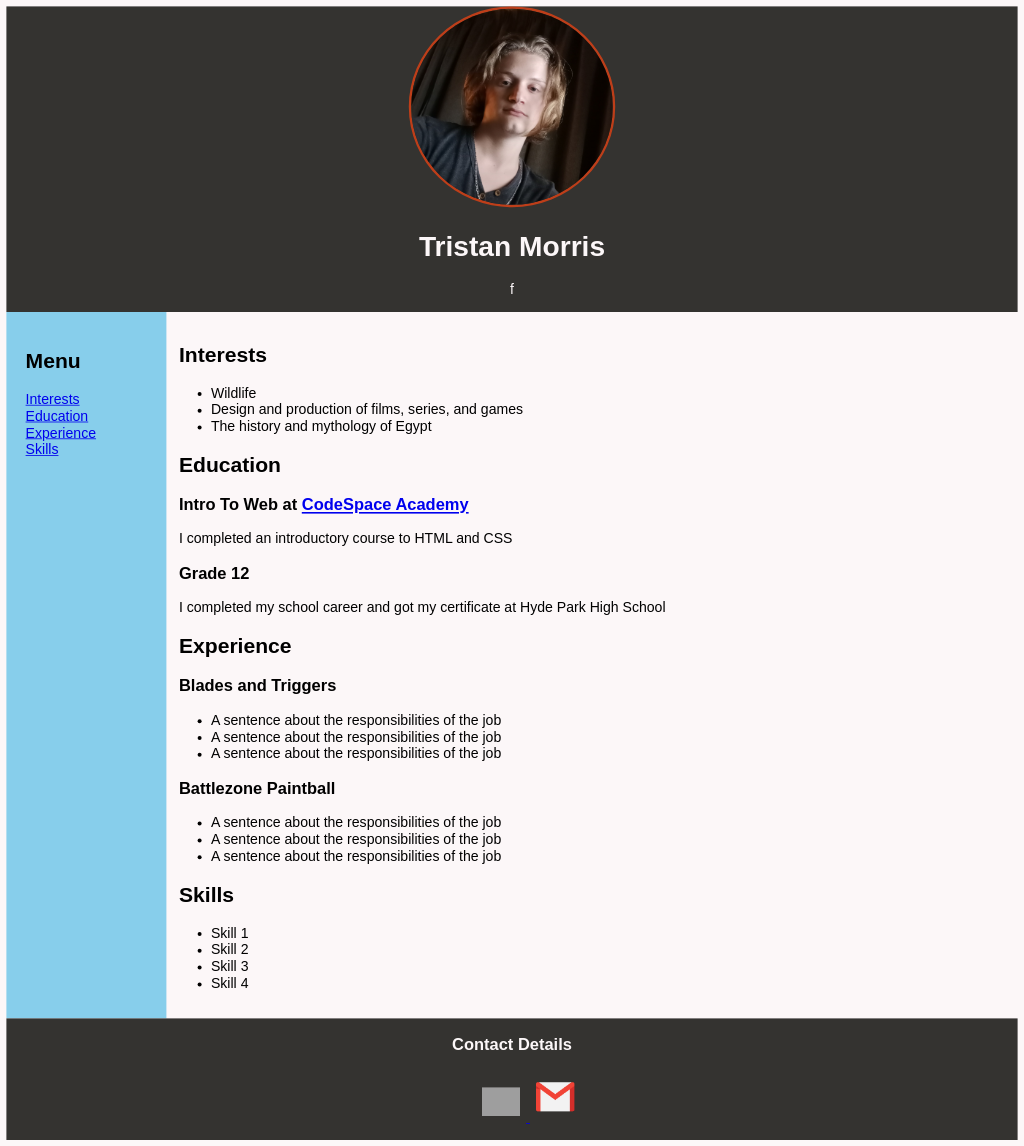
Repository: TristanKMorris/introToWebDesignAssignment
Page: resume.html
These files come from the project's save history. The page is drawn as it stood at one moment and after the next save; the edit follows.
The browser window is 1280 px wide. The pictures show the whole page, at 80% of full size.
Pictures or frames that could not be fetched are drawn as grey boxes.

Above is the page before, as saved 2022-06-02 22:22:32.

After the next save:
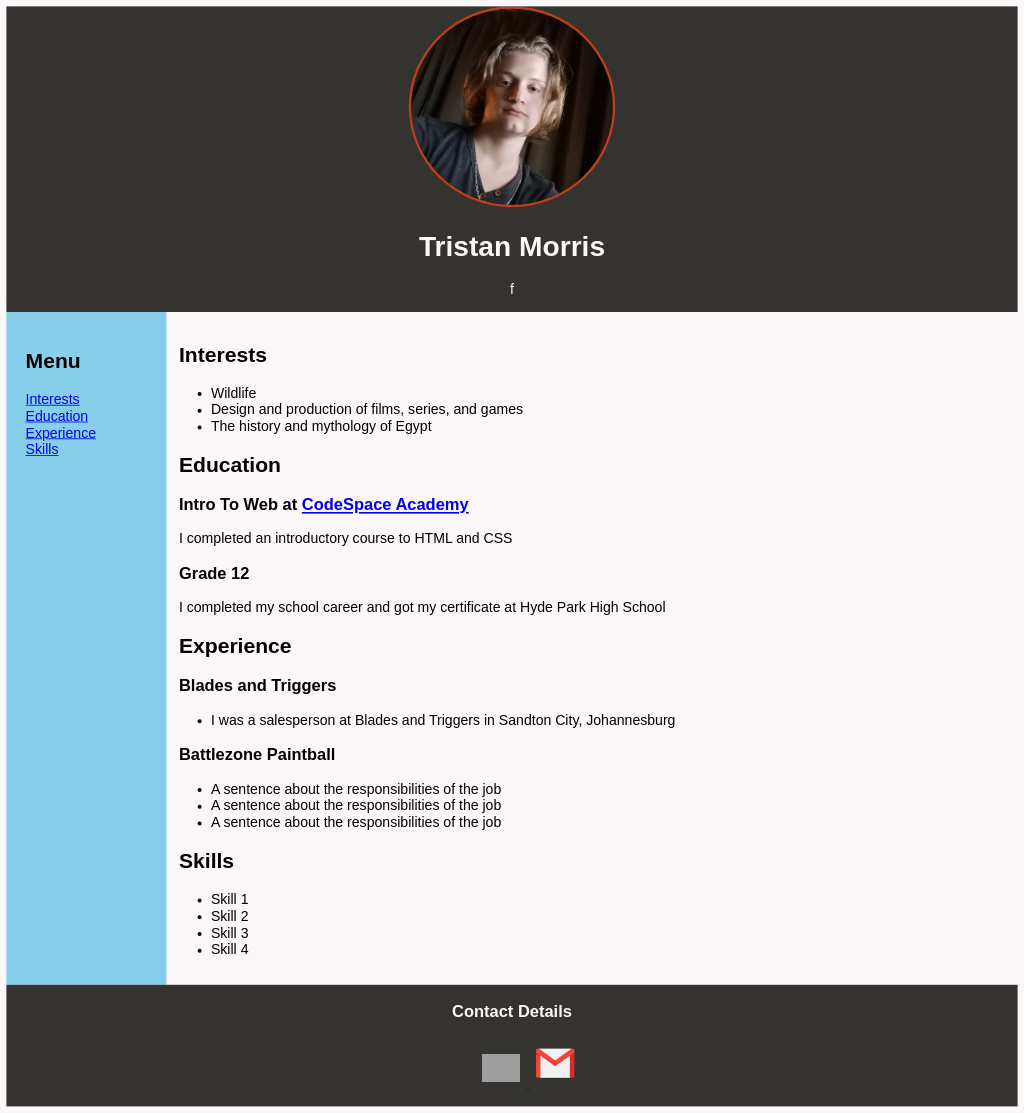
Saved 68 s later.
--- a/resume.html
+++ b/resume.html
@@ -69,9 +69,7 @@
 
             <ul>
 
-              <li>A sentence about the responsibilities of the job</li>
-              <li>A sentence about the responsibilities of the job</li>
-              <li>A sentence about the responsibilities of the job</li>
+              <li>I was a salesperson at Blades and Triggers in Sandton City, Johannesburg</li>
 
             </ul>
 
